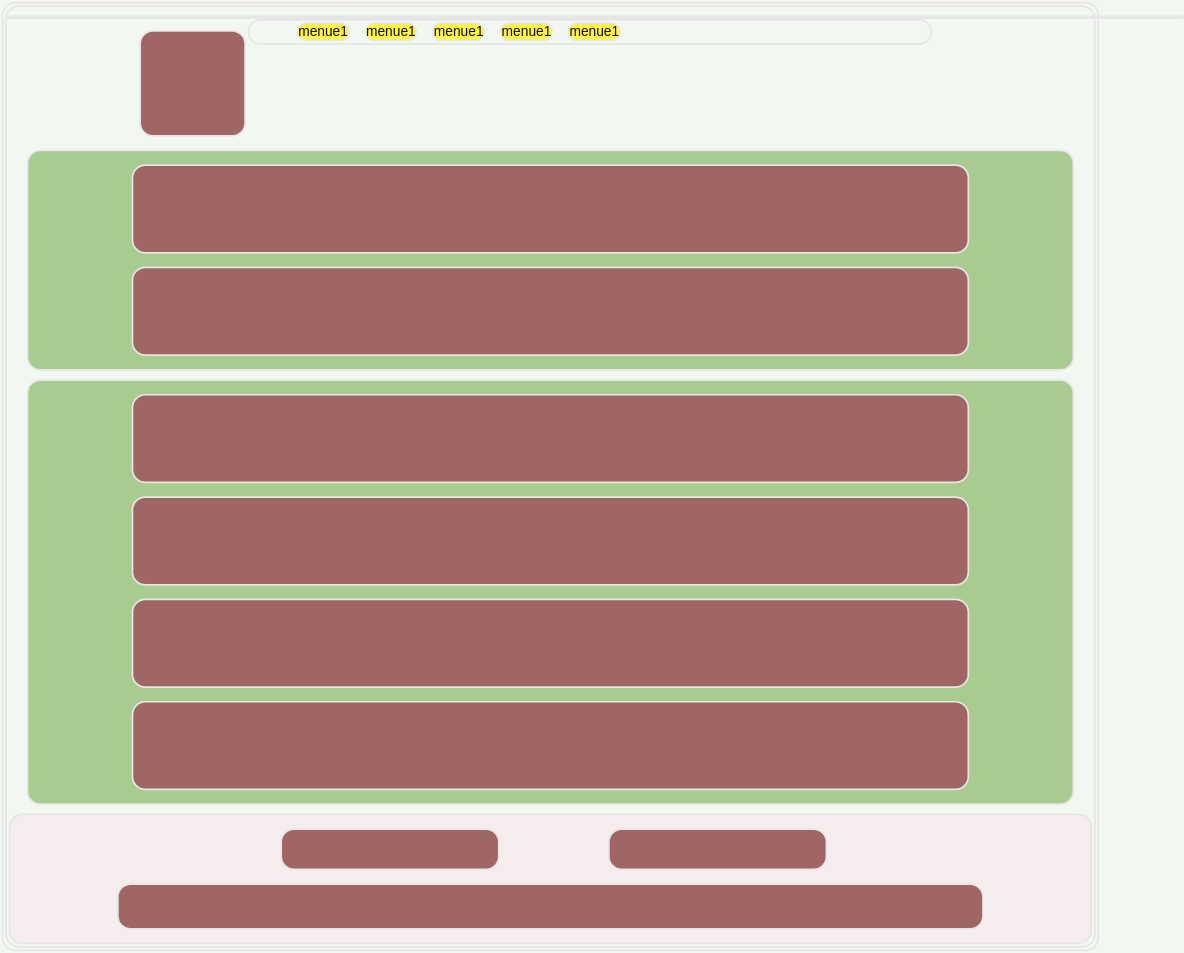
Repository: clairedupuich/cv-claireDUPUICH
Page: cv.html
An editor plug-in stored every save of this project. The page is shown before and after the next save, followed by the edit.
The browser window is 1280 px wide. The page is 1377 px wide, so the pictures cover 1377 px, including what lies to the right of the window. The pictures show the whole page, at 86% of full size.

Above is the page before, as saved 2020-10-08 16:45:26.

### cv.html
<!DOCTYPE html>
<html lang="fr" dir="ltr">
  <head>
    <meta charset="utf-8">
    <title>Exercice</title>
    <link rel="stylesheet" href="cv.css">
  </head>
  <body>
    <section class="header">
        <div class="img">
        </div>

            <ul class="nav">
                <li>menue1</li>
                <li>menue1</li>
                <li>menue1</li>
                <li>menue1</li>
                <li>menue1</li>
            </ul>

    </section>
      <section class="section1">
          <div class="article1_1">
          </div>
          <div class="article1_2">
          </div>
      </section>
      <section class="section2">
        <div class="article2_1">
        </div>
        <div class="article2_2">
        </div>
        <div class="article2_3">
        </div>
        <div class="article2_4">
        </div>
      </section>
      <footer>
          <div class='footer1'>
          </div>
        <div class="footer2">
        </div>

        <div class="footer3">
        </div>
    </footer>
  </body>
</html>

### cv.css
* {
    font-family: Avenir, sans-serif;
    border: 2px solid rgb(230, 230, 230);
    border-radius: 16px;
    margin: 2px;

}
@media screen and (min-width: 768px) and (max-width: 992px){


    body {
        background-color: azure;


    }
    section {
        margin-top: 10px;
        width: 95%;
        background-color: rgb(156, 156, 129);


    }
    div {
        margin: 15px auto;
        width:80% ;
        height: 100px;
        background-color: rgb(83, 83, 83);
    }
    ul {
        text-align: center;
        list-style: none;
        color: tomato;
    }

    footer,
    .header{
        background-color:rgb(162, 211, 233);
    }

    .footer2,
    .footer1 {
        height: 45px;
        width: 20%;
        float: left;

    }
    .footer1{
        margin-left: 25%;
        margin-right: 10%;
    }

    .footer3 {
        clear: both;
        height: 50px;
    }
    .img {
        width:120px;
        height: 120px;
        text-align: left;
    }

}
@media screen and (min-width: 992px) and (max-width: 1200px){

    body {
        background-color: rgb(153, 192, 192);


    }
    section {
        margin: 10px auto;
        width: 96%;
        background-color: rgb(248, 248, 194);


    }
    div {
        margin: 15px auto;
        width:80% ;
        height: 100px;
        background-color: rgb(207, 199, 199);
    }
    ul {
        text-align: center;
        list-style: none;
        color: rgb(212, 45, 15);
    }

    footer,
    .header{
        background-color:rgb(247, 247, 247);
    }

    .footer2,
    .footer1 {
        height: 45px;
        width: 20%;
        float: left;

    }
    .footer1{
        margin-left: 25%;
        margin-right: 10%;
    }

    .footer3 {
        clear: both;
        height: 50px;
    }
    .img {
        width:120px;
        height: 120px;
        text-align: left;
    }
}
@media screen and (min-width: 1200px){
    body {
        background-color: rgb(243, 247, 241);


    }
    section {
        margin: 10px auto;
        width: 96%;
        background-color: rgb(168, 204, 143);


    }
    div {
        margin: 15px auto;
        width:80% ;
        height: 100px;
        background-color: rgb(160, 101, 101);
    }
    ul {
        text-align: center;
        list-style: none;
        color: rgb(17, 16, 16);
        width: 62%;
    }
    li{
        background-color: rgb(255, 243, 71);
        margin-left: 2%;
    }
    .header{
        padding-left: 12%;
    }
    .img,
    ul,
    li {
        float: left;
    }

    .section1 {
        clear: both;
    }
    footer,
    .header{
        background-color:rgb(245, 237, 237);
    }

    .footer2,
    .footer1 {
        height: 45px;
        width: 20%;
        float: left;

    }
    .footer1{
        margin-left: 25%;
        margin-right: 10%;
    }

    .footer3 {
        clear: both;
        height: 50px;
    }
    .img {
        width:120px;
        height: 120px;
        text-align: left;
    }
}

After the next save:
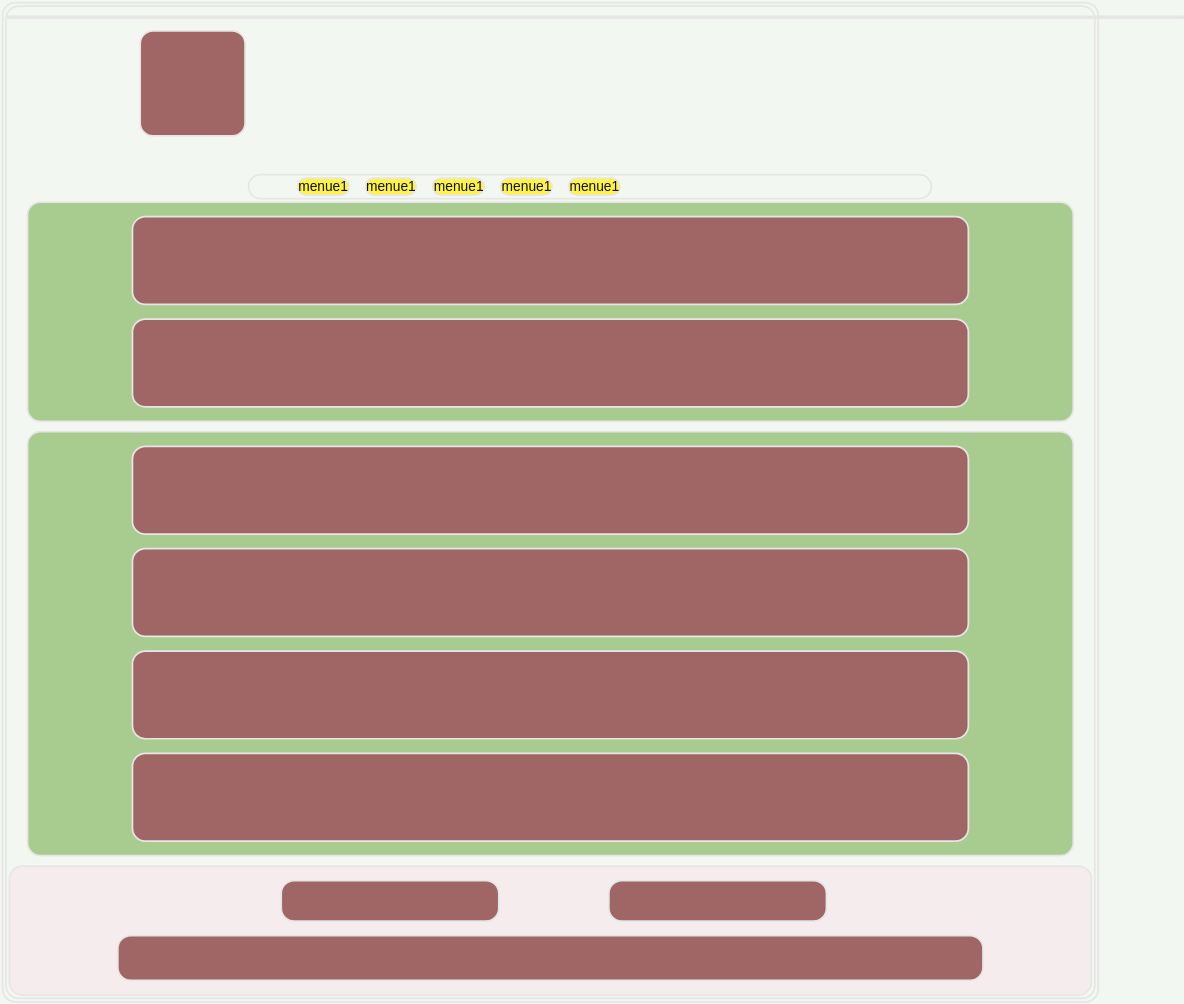
Saved 32 s later.
--- a/cv.css
+++ b/cv.css
@@ -137,7 +137,10 @@
         list-style: none;
         color: rgb(17, 16, 16);
         width: 62%;
+        margin-top: 15%;
     }
+
+
     li{
         background-color: rgb(255, 243, 71);
         margin-left: 2%;

After the save that followed:
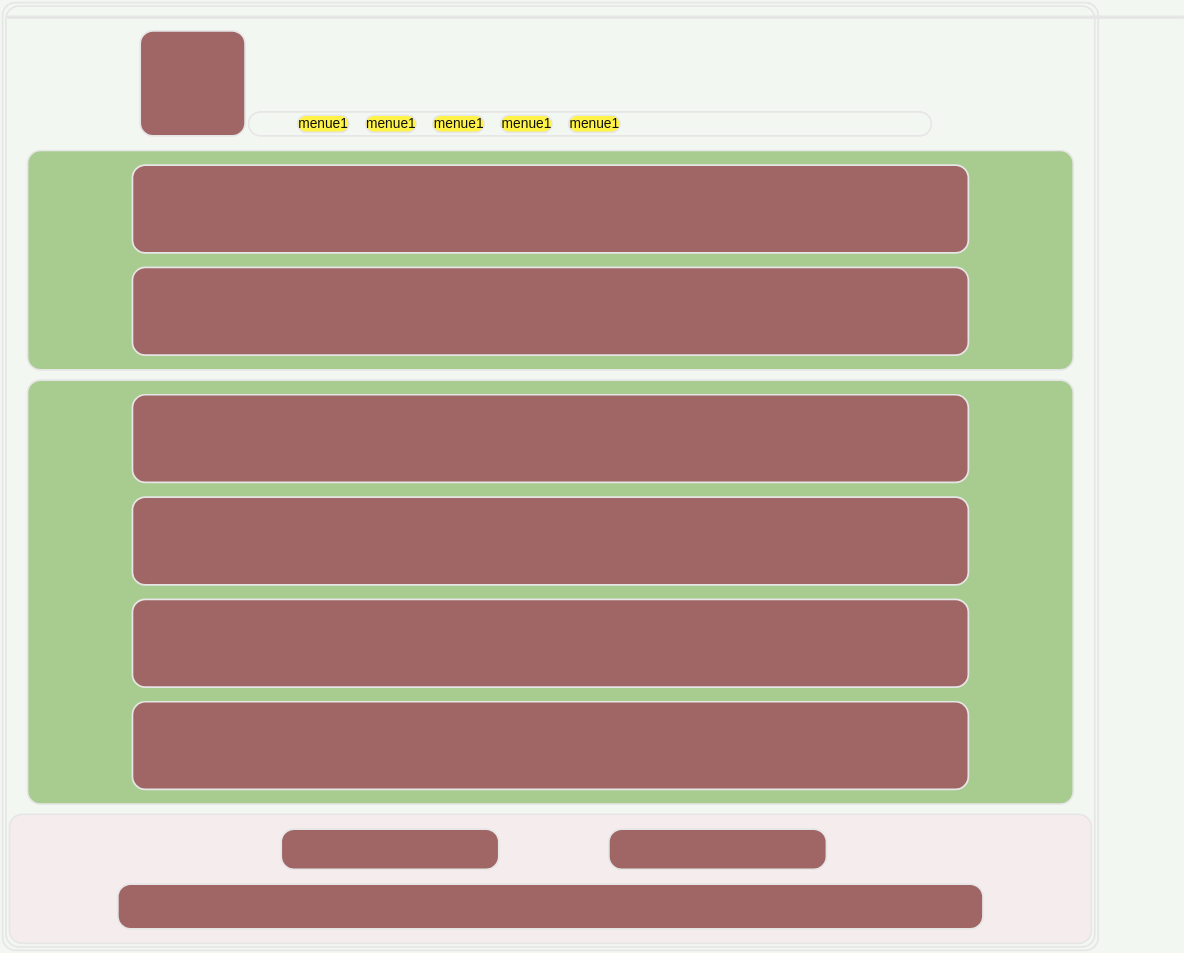
Saved 20 s later.
--- a/cv.css
+++ b/cv.css
@@ -137,7 +137,7 @@
         list-style: none;
         color: rgb(17, 16, 16);
         width: 62%;
-        margin-top: 15%;
+        margin-top: 9%;
     }
 
 
